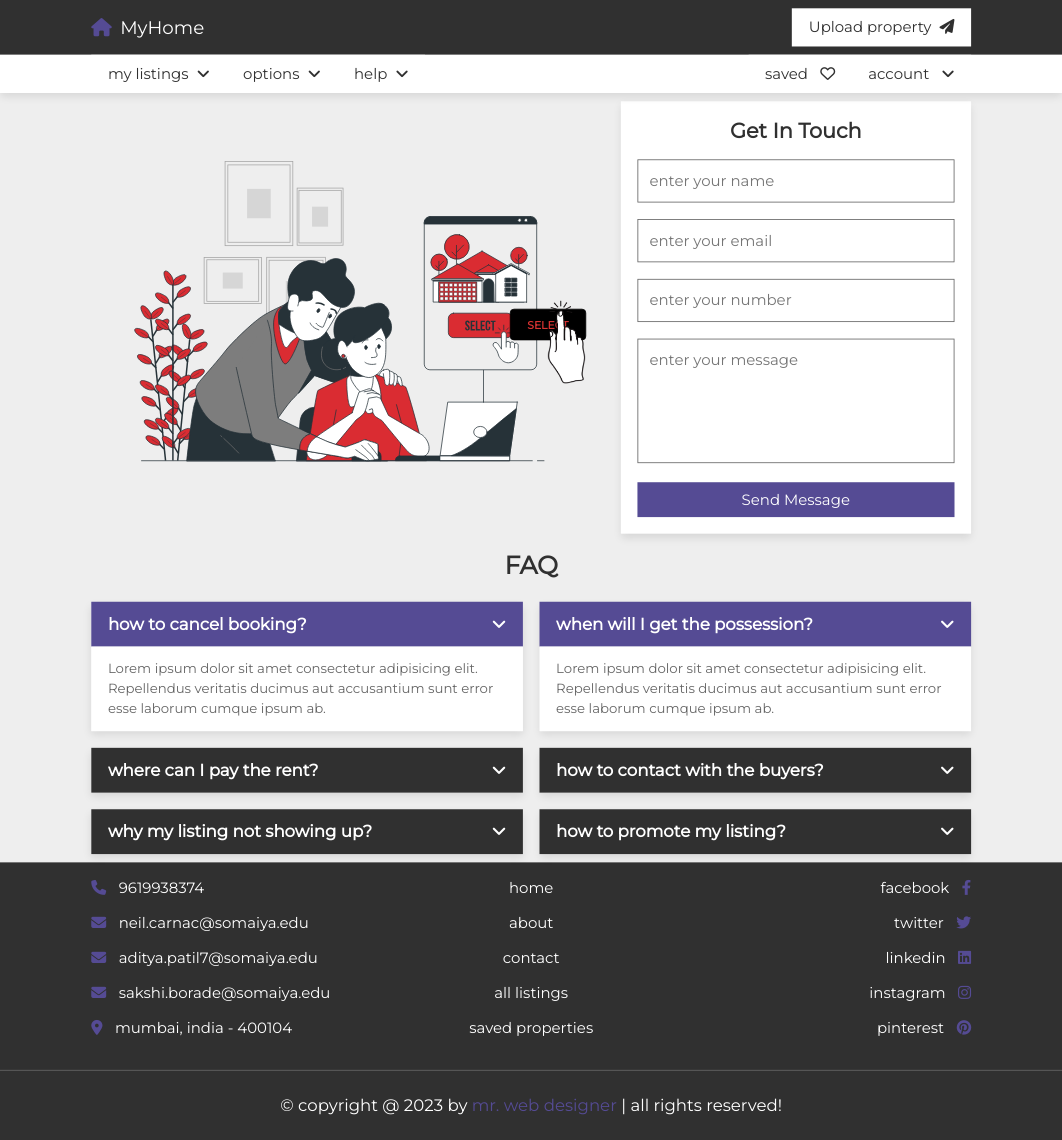
Repository: neilcarnac/wpl-project-realestatewebsite
Page: http://localhost/project/contact.php
An editor plug-in stored every save of this project. The page is shown before and after a run of saves, followed by the edit.
The browser window is 1280 px wide. The pictures show the whole page, at 83% of full size.
The pointer rests on the first visible `button`.
The page is run by PHP 8.4 with error messages shown; the project is at /var/www/html/.

Above is the page before, as saved 2023-04-29 17:11:02.

After the next 5 saves:
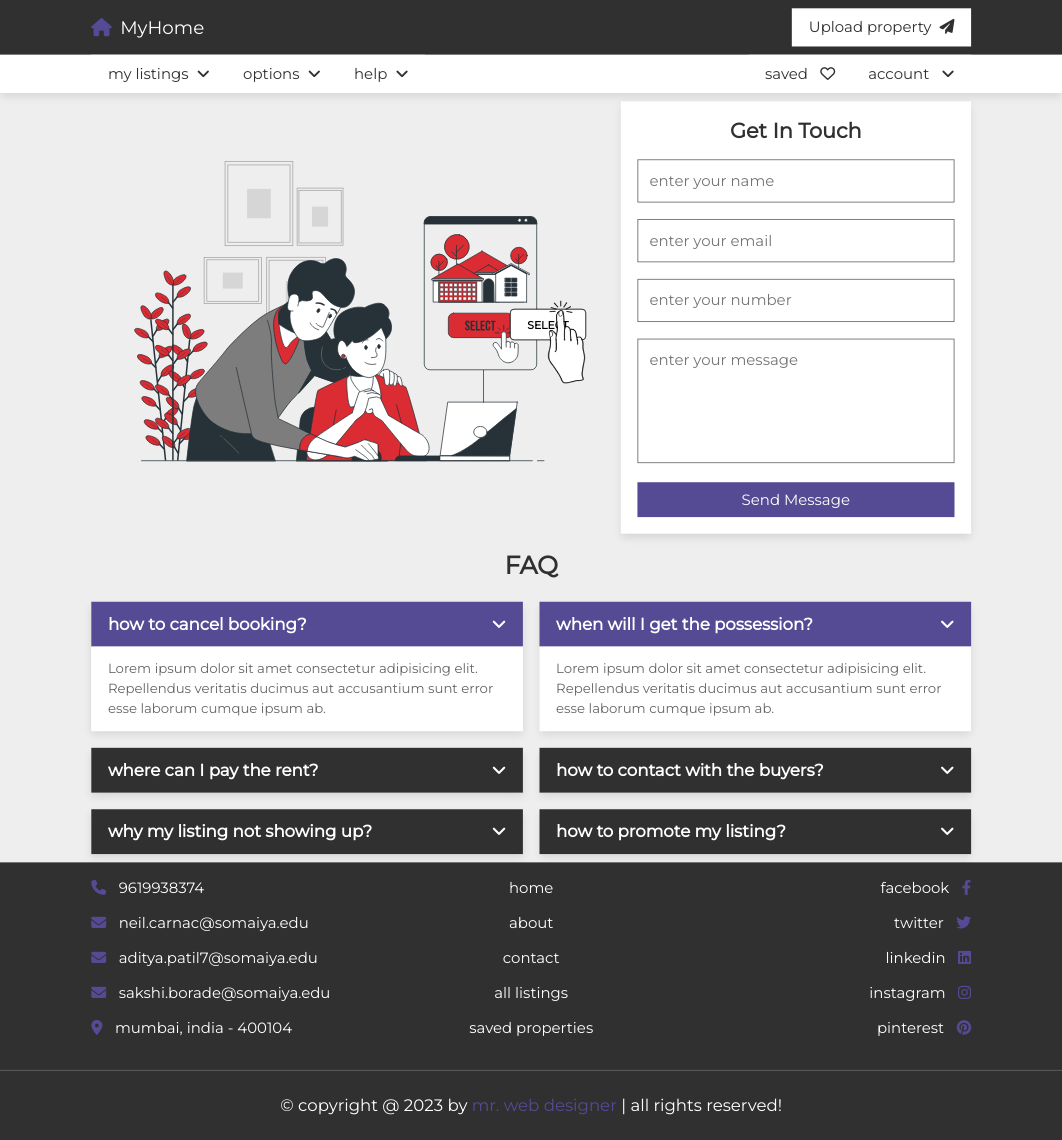
The 5 saves are shown as one change because they came seconds apart.
The last was saved 21 s later.
--- a/project/contact.php
+++ b/project/contact.php
@@ -78,8 +78,8 @@ if(isset($_POST['send'])){
 		}
       button:hover{
          cursor: pointer;
-         background-color: black;
-			color: #da3332;
+         background-color: white;
+			color: black;
       }
       .selele{
 
